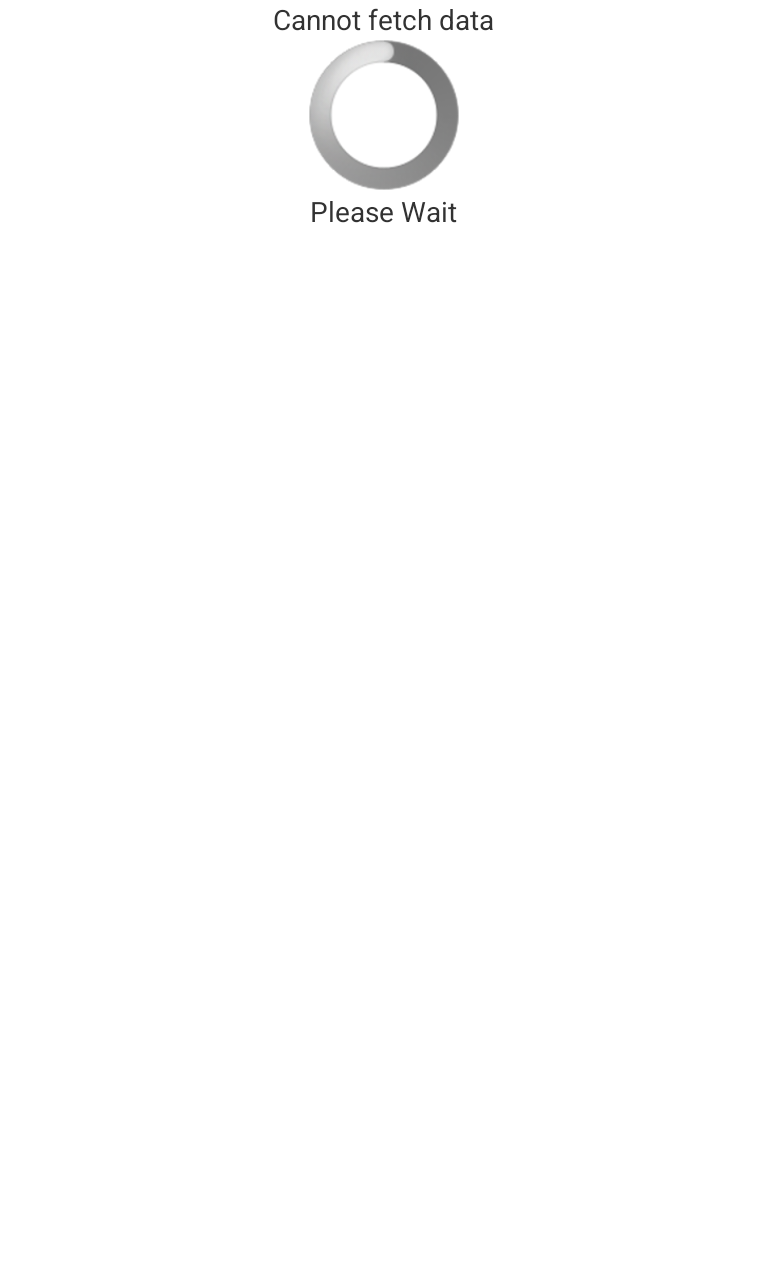
Repository: galihandy/chessboard
Layout: myEvent/res/layout/multiview_categorized.xml
These files come from the project's save history. The layout is drawn as it stood at one moment and after the next save; the edit follows.
It is drawn on a 768 x 1280 px phone screen (xhdpi) without system bars, with theme android:Theme.Light.NoTitleBar; the app's code is not run. Lists and similar views that code fills are empty.

Above is the layout before, as saved 2013-01-31 15:29:56.

After the next save:
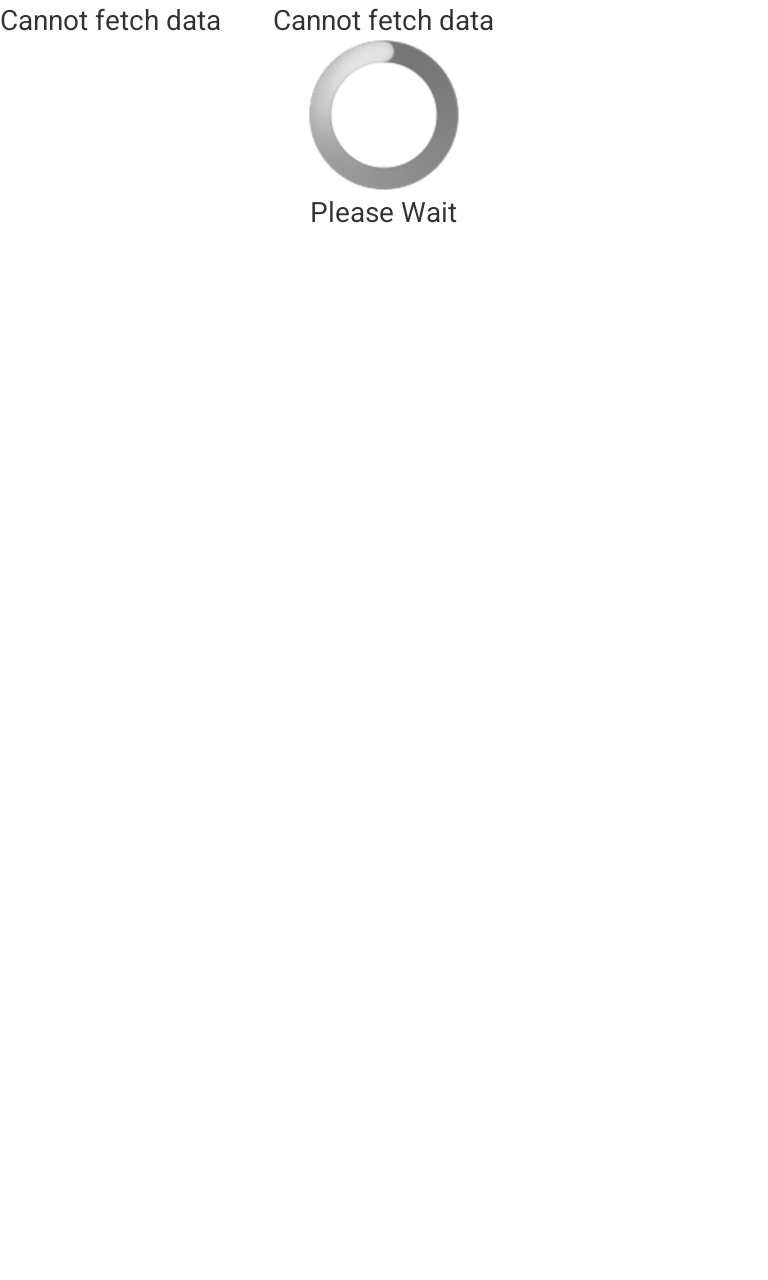
Saved 57 s later.
--- a/myEvent/res/layout/multiview_categorized.xml
+++ b/myEvent/res/layout/multiview_categorized.xml
@@ -56,4 +56,19 @@
             android:text="@string/no_data" />
     </RelativeLayout>
 
+    <RelativeLayout
+        xmlns:tools="http://schemas.android.com/tools"
+        android:id="@+id/noDataRelLayout"
+        android:layout_width="match_parent"
+        android:layout_height="match_parent"
+        android:orientation="vertical" >
+
+        <TextView
+            android:id="@+id/no_data_textview"
+            android:layout_width="match_parent"
+            android:layout_height="wrap_content"
+            android:layout_centerHorizontal="true"
+            android:text="@string/no_data" />
+    </RelativeLayout>
+
 </RelativeLayout>
